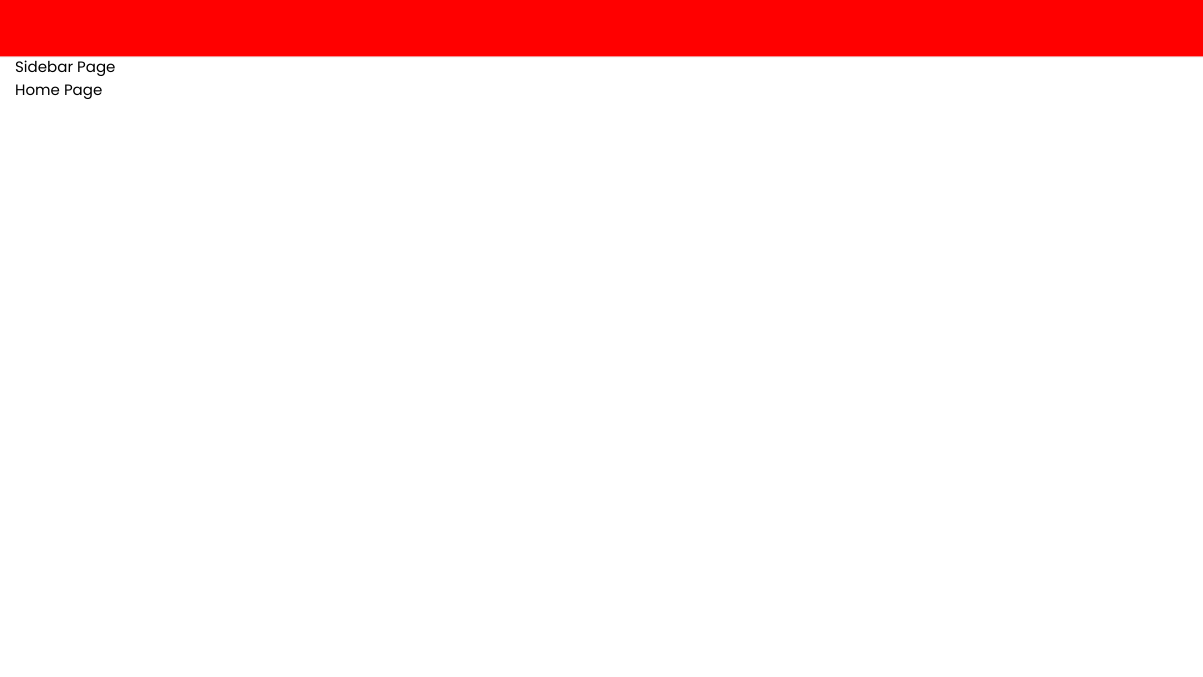
Repository: nvdao03/Tiktok
Page: /
An editor plug-in stored every save of this project. The page is shown before and after the next save, followed by the edit.
The browser window is 1280 px wide. The pictures show the whole page, at 94% of full size.
The project was rebuilt for these pictures with package versions that can differ from the ones it lists, and the page was loaded fresh each time. Also part of the build but not shown: vite.config.js, src/components/Layout/HeaderOnly/index.jsx, src/pages/Following/index.jsx, src/pages/Profile/index.jsx, src/pages/Upload/index.jsx, src/pages/Search/index.jsx.

Above is the page before, as saved 2025-01-01 14:01:37.

After the next save:
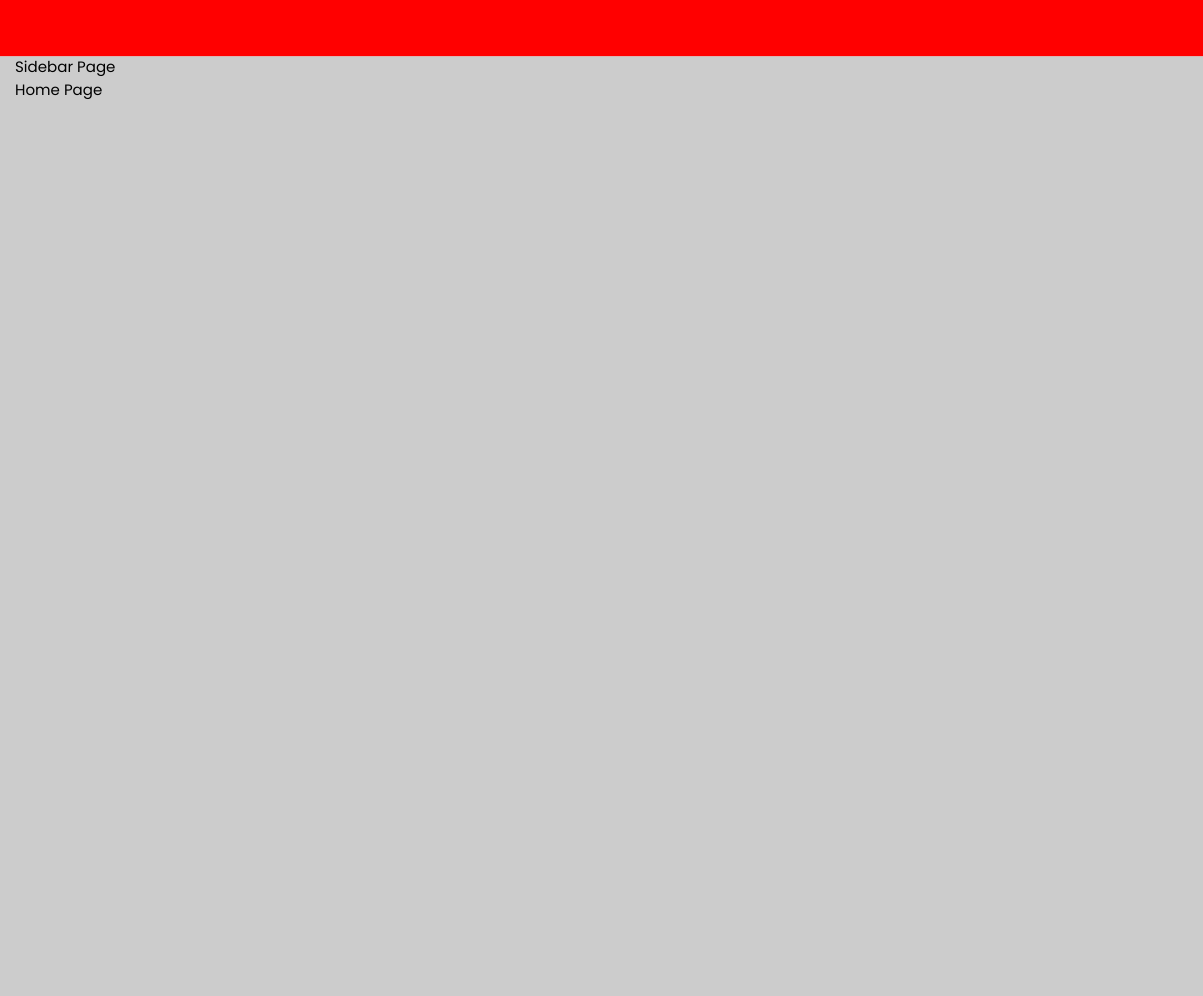
Saved 46 s later.
--- a/src/components/Layout/DefaultLayout/DefaultLayout.module.scss
+++ b/src/components/Layout/DefaultLayout/DefaultLayout.module.scss
@@ -9,4 +9,7 @@
   max-width: 100%;
   padding-left: 1.6rem;
   padding-right: 2.4rem;
+
+  background-color: #ccc;
+  height: 1000px;
 }

After the save that followed:
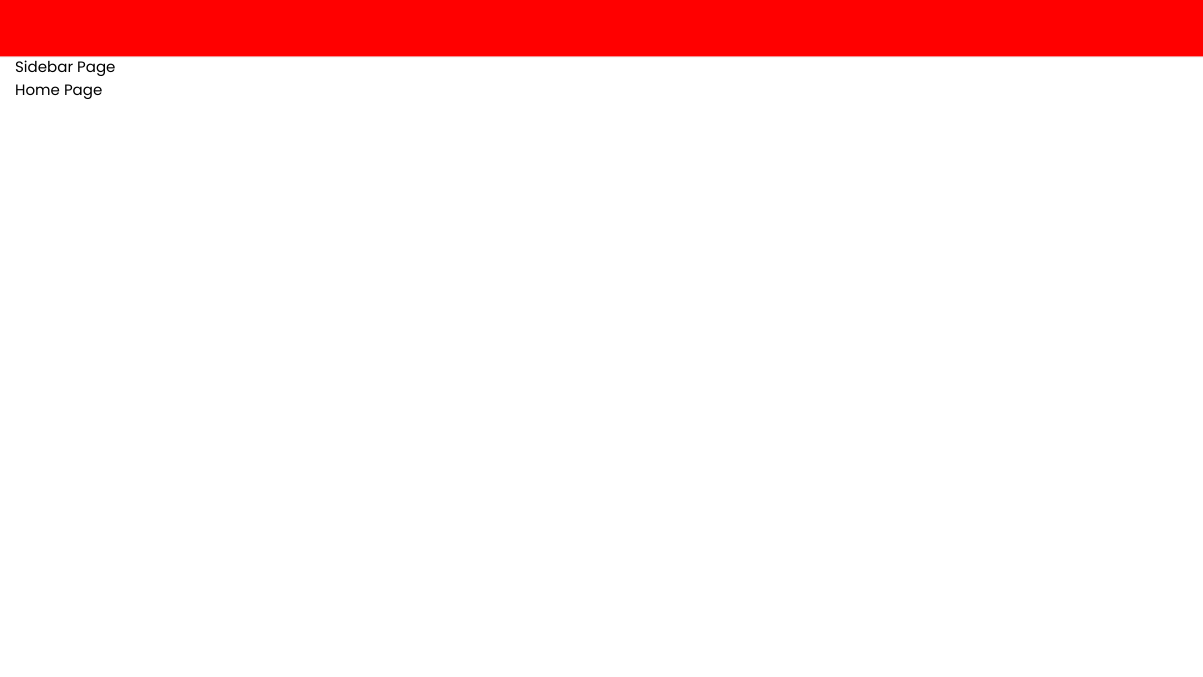
Saved 68 s later.
--- a/src/components/Layout/DefaultLayout/DefaultLayout.module.scss
+++ b/src/components/Layout/DefaultLayout/DefaultLayout.module.scss
@@ -9,7 +9,4 @@
   max-width: 100%;
   padding-left: 1.6rem;
   padding-right: 2.4rem;
-
-  background-color: #ccc;
-  height: 1000px;
 }
